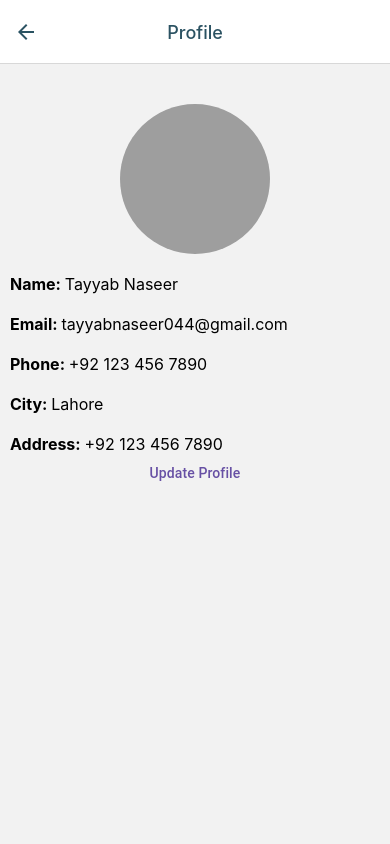
Repository: SaudCh/Expo-Pethub
Screen: /Profile
These files come from the project's save history. The screen is drawn as it stood at one moment and after a run of saves; the edit follows.
Pictures or frames that could not be fetched are drawn as grey boxes. The app was drawn by React Native's web renderer in a window 390 px wide. The project was rebuilt for these pictures with package versions that can differ from the ones it lists, and the page was loaded fresh each time. Also part of the build but not shown: Screens/Signup.js, Screens/Home.js, Screens/UpdateProfile.js, Components/Avatar.js.

Above is the screen before, as saved 2022-11-15 00:22:50.

After the next 2 saves:
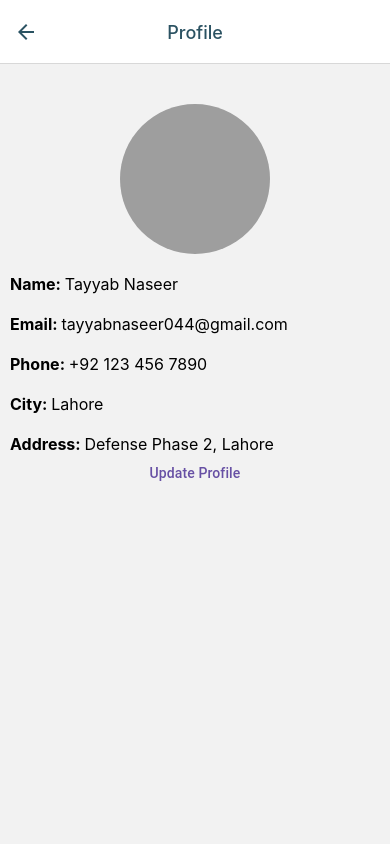
The 2 saves are shown as one change because they came seconds apart.
The last was saved 13 s later.
--- a/Screens/Profile.js
+++ b/Screens/Profile.js
@@ -44,7 +44,7 @@ export default function Profile() {
             <View style={{ marginTop: 20 }}>
                 <Text style={{ fontSize: 16 }}>
                     <Text style={{ fontSize: 16, fontWeight: 'bold' }}>Address: </Text>
-                    +92 123 456 7890
+                    Defense Phase 2, Lahore
                 </Text>
             </View>
 
